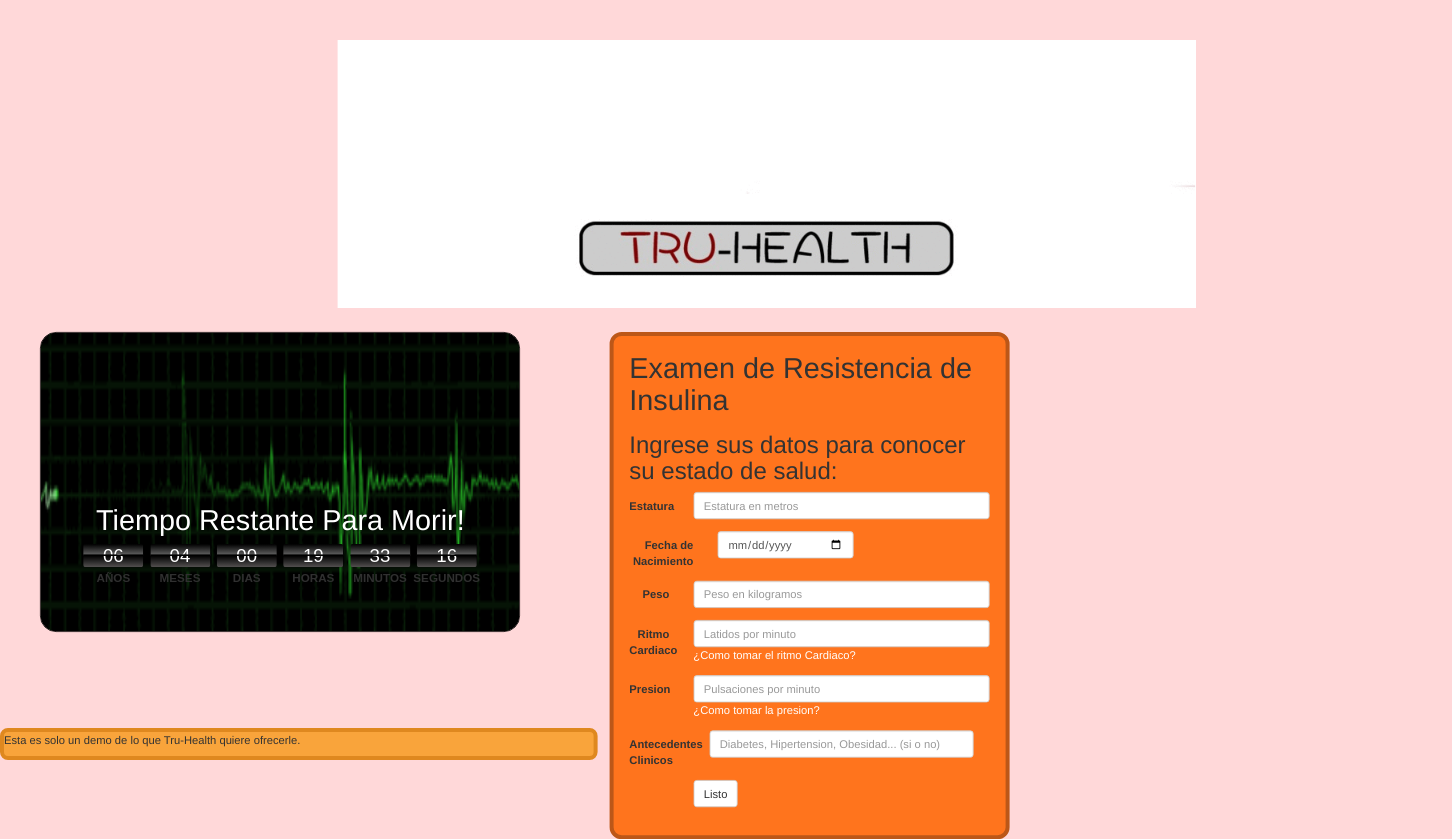
Repository: GabrielAvilesR/GabrielAvilesR.github.io
Page: Tru-Health/Tru-Health/index.html
These files come from the project's save history. The page is drawn as it stood at one moment and after the next save; the edit follows.
The browser window is 1280 px wide. The page is 1815 px wide, so the pictures cover 1815 px, including what lies to the right of the window. The pictures show the whole page, at 80% of full size.
Some web fonts or font styles are not loaded; a fallback is used. Some web libraries are served in a nearby version.

Above is the page before, as saved 2014-04-06 02:09:44.

After the next save:
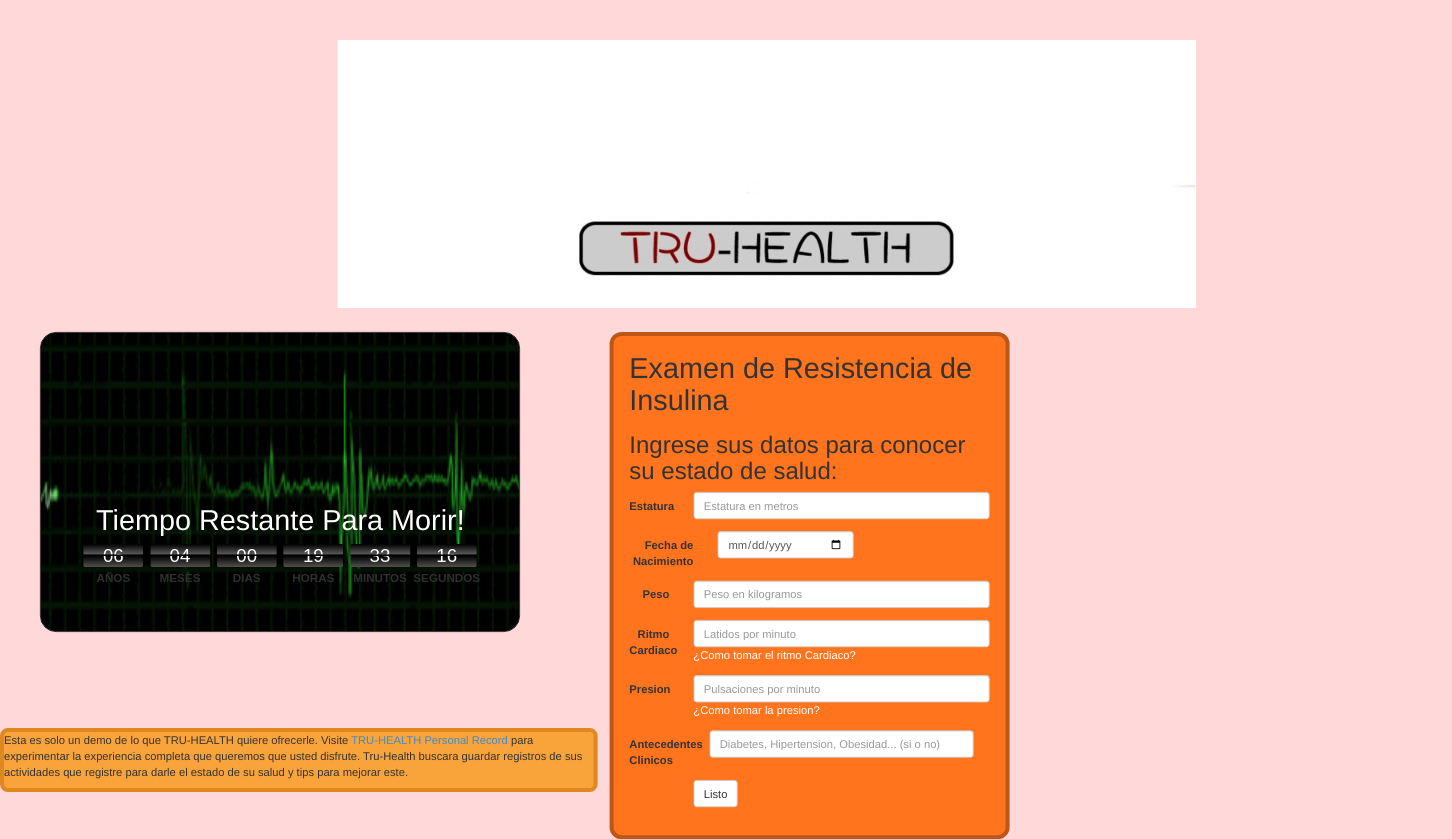
Saved 9 min 39 s later.
--- a/Tru-Health/Tru-Health/index.html
+++ b/Tru-Health/Tru-Health/index.html
@@ -1,11 +1,11 @@
 <!DOCTYPE html>
 <html lang="en">
   <head>
-  	<link rel="shortcut icon" type="image/x-icon" href="/favicon.ico">
+  	<link rel="shortcut icon" type="image/x-icon" href="img/TH.ico">
     <meta charset="utf-8">
     <meta http-equiv="X-UA-Compatible" content="IE=edge">
     <meta name="viewport" content="width=device-width, initial-scale=1">
-    <title>Tru-Health</title>
+    <title>TRU-HEALTH</title>
 
     <!-- Bootstrap -->
     <link href="css/bootstrap.min.css" rel="stylesheet">
@@ -44,7 +44,7 @@
     			</div>
     			<div class="row">
     				<div id="footer">
-    					<p>Esta es solo un demo de lo que Tru-Health quiere ofrecerle. </p>
+    					<p>Esta es solo un demo de lo que TRU-HEALTH quiere ofrecerle. Visite <a href="profile.html" >TRU-HEALTH Personal Record </a> para experimentar la experiencia completa que queremos que usted disfrute. Tru-Health buscara guardar registros de sus actividades que registre para darle el estado de su salud y tips para mejorar este.</p>
     				</div>
     			</div>
     		</div>
